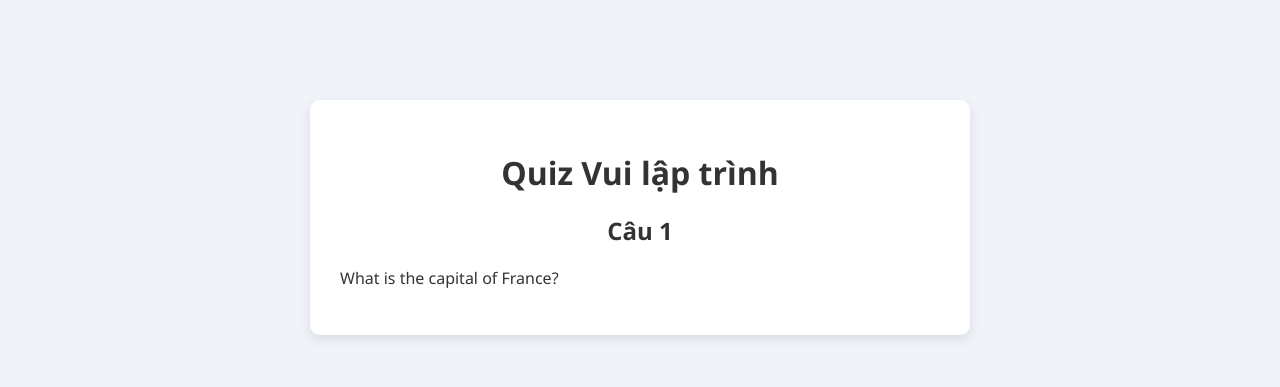
Repository: HuynhPPP/Quiz_App
Page: /
An editor plug-in stored every save of this project. The page is shown before and after the next save, followed by the edit.
The browser window is 1280 px wide. The pictures show the whole page.
The project was rebuilt for these pictures with package versions that can differ from the ones it lists, and the page was loaded fresh each time. Also part of the build but not shown: vite.config.js.

Above is the page before, as saved 2025-09-26 14:30:55.

After the next save:
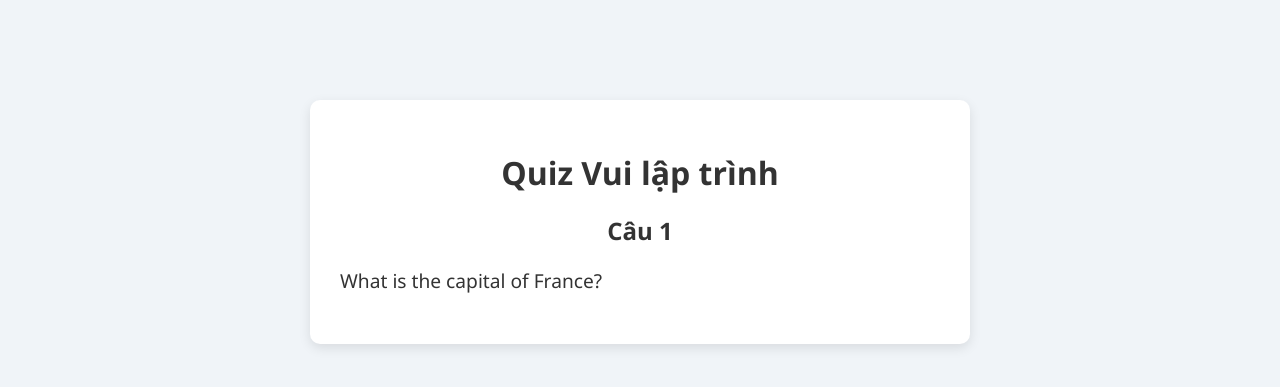
Saved 7 s later.
--- a/src/components/Quiz.jsx
+++ b/src/components/Quiz.jsx
@@ -33,7 +33,7 @@ const Quiz = () => {
   return (
     <div>
         <h2>Câu 1</h2>
-        <p>{quizData[0].question}</p>
+        <p className='question'>{quizData[0].question}</p>
     </div>
   )
 }
